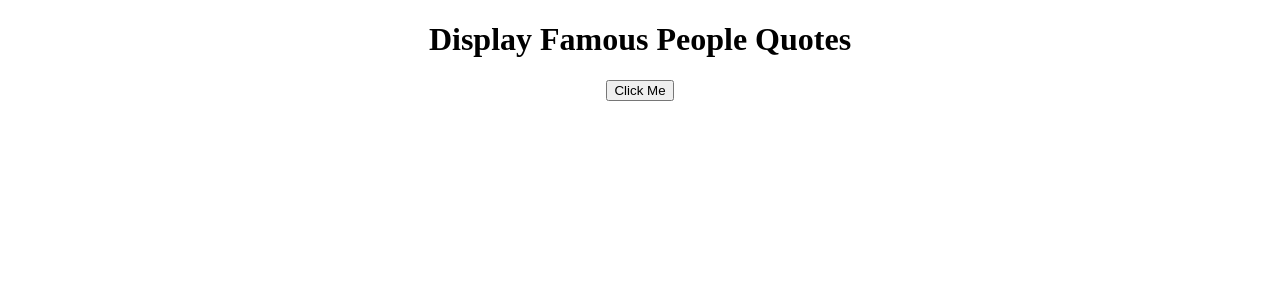
Repository: NiutaR/quotes-dom
Page: index.html
An editor plug-in stored every save of this project. The page is shown before and after the next save, followed by the edit.
The browser window is 1280 px wide. The pictures show the whole page.

Above is the page before, as saved 2021-07-20 17:45:24.

### index.html
<!DOCTYPE html>
<html lang="en">
<head>
    <meta charset="UTF-8">
    <meta http-equiv="X-UA-Compatible" content="IE=edge">
    <meta name="viewport" content="width=device-width, initial-scale=1.0">
    <title> Display Famous People Quotes</title>
</head>
<body>
    <div id="container">
        <h1>Display Famous People Quotes</h1>
        <button id="btnId">Click Me</button>
    </div>
    <script src="index.js"></script>
</body>
</html>

### index.js
//document.getElementById('container').style.position = 'absolute';


const divEl = document.getElementById('container');
divEl.style.textAlign = 'center';


// List author and quotes

let list = {

}

After the next save:
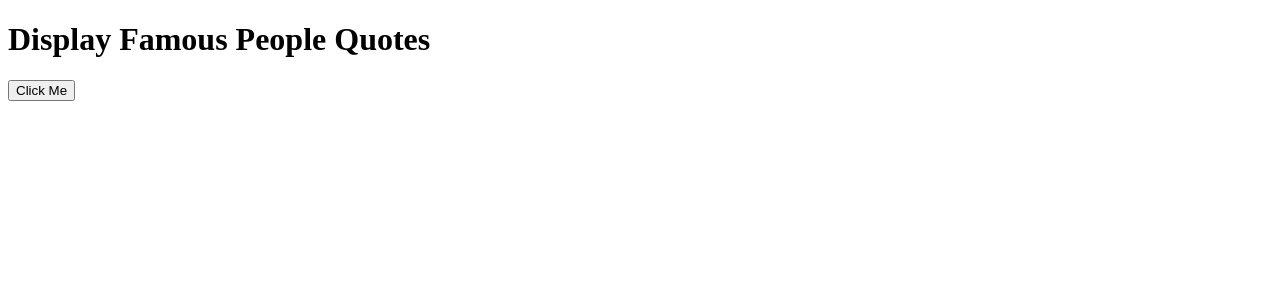
Console error: SyntaxError: Unexpected token ']'
Saved 5 s later.
--- a/index.js
+++ b/index.js
@@ -8,5 +8,5 @@
 // List author and quotes
 
 let list = {
-
+    []
 }

After the 5 saves that followed:
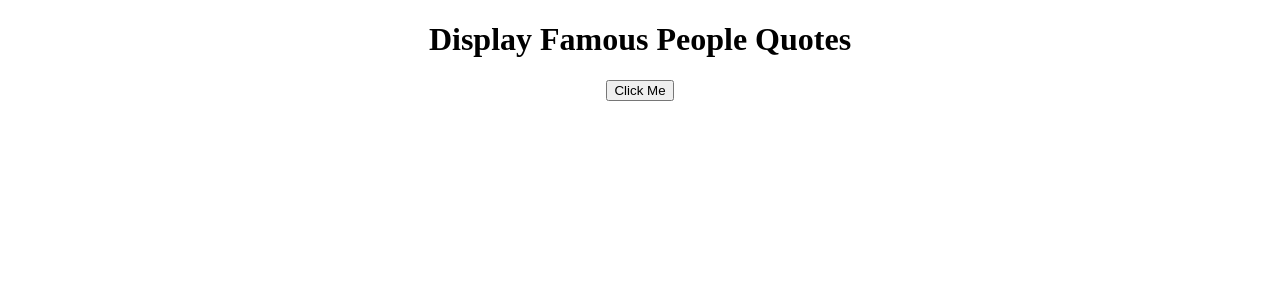
The error is gone.
The 5 saves are shown as one change because 1 left the picture as it was and some came seconds apart.
The last was saved 111 s later.
--- a/index.js
+++ b/index.js
@@ -7,6 +7,8 @@
 
 // List author and quotes
 
-let list = {
-    []
-}
+let list = [
+    {
+
+    }
+]
